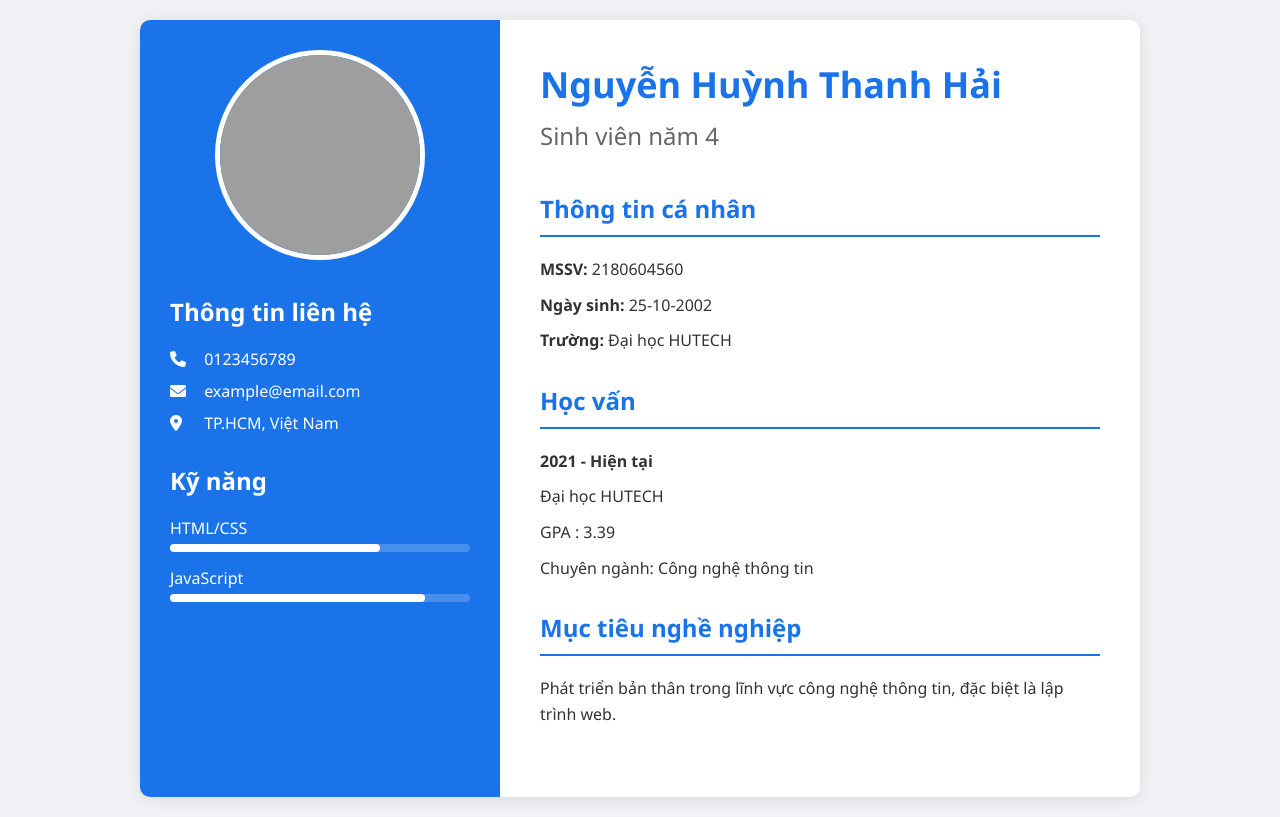
Repository: Haimichi/haimichi.github.io
Page: index.html
The author's editor kept a copy of each file at every save. The page is drawn from the files as they stood at one save, then again after the next save.
The browser window is 1280 px wide. The pictures show the whole page.
Pictures or frames that could not be fetched are drawn as grey boxes.

Above is the page before, as saved 2025-03-04 10:27:58.

### index.html
<!DOCTYPE html>
<html lang="en">
<head>
    <meta charset="UTF-8">
    <meta name="viewport" content="width=device-width, initial-scale=1.0">
    <title>CV - Nguyễn Huỳnh Thanh Hải</title>
    <link rel="stylesheet" href="style.css">
    <link rel="stylesheet" href="https://cdnjs.cloudflare.com/ajax/libs/font-awesome/6.0.0/css/all.min.css">
</head>
<body>
    <div class="container">
        <div class="cv-container">
            <div class="left-column">
                <div class="profile-image">
                    <img src="avatar.jpg" alt="Profile Picture">
                </div>
                <div class="contact-info">
                    <h2>Thông tin liên hệ</h2>
                    <p><i class="fas fa-phone"></i> 0123456789</p>
                    <p><i class="fas fa-envelope"></i> example@email.com</p>
                    <p><i class="fas fa-map-marker-alt"></i> TP.HCM, Việt Nam</p>
                </div>
                <div class="skills">
                    <h2>Kỹ năng</h2>
                    <div class="skill-item">
                        <span>HTML/CSS</span>
                        <div class="skill-level">
                            <div class="skill-bar" style="width: 70%"></div>
                        </div>
                    </div>
                    <div class="skill-item">
                        <span>JavaScript</span>
                        <div class="skill-level">
                            <div class="skill-bar" style="width: 85%"></div>
                        </div>
                    </div>
                </div>
            </div>
            <div class="right-column">
                <div class="header">
                    <h1>Nguyễn Huỳnh Thanh Hải</h1>
                    <h2>Sinh viên năm 4</h2>
                </div>
                <div class="section">
                    <h2>Thông tin cá nhân</h2>
                    <p><strong>MSSV:</strong> 2180604560</p>
                    <p><strong>Ngày sinh:</strong> 25-10-2002</p>
                    <p><strong>Trường:</strong> Đại học HUTECH</p>
                </div>
                <div class="section">
                    <h2>Học vấn</h2>
                    <p><strong>2021 - Hiện tại</strong></p>
                    <p>Đại học HUTECH</p>
                    <p>GPA : 3.39</p>
                    <p>Chuyên ngành: Công nghệ thông tin</p>
                </div>
                <div class="section">
                    <h2>Mục tiêu nghề nghiệp</h2>
                    <p>Phát triển bản thân trong lĩnh vực công nghệ thông tin, đặc biệt là lập trình web.</p>
                </div>
            </div>
        </div>
    </div>
</body>
</html>

### style.css
body {
    margin: 0;
    padding: 0;
    font-family: 'Segoe UI', Tahoma, Geneva, Verdana, sans-serif;
    background-color: #f0f2f5;
    display: flex;
    justify-content: center;
    align-items: center;
    min-height: 100vh;
}

.container {
    width: 100%;
    max-width: 1000px;
    padding: 20px;
}

.cv-container {
    display: flex;
    background-color: white;
    border-radius: 10px;
    box-shadow: 0 2px 15px rgba(0, 0, 0, 0.1);
    overflow: hidden;
}

.left-column {
    width: 300px;
    background-color: #1a73e8;
    color: white;
    padding: 30px;
}

.right-column {
    flex: 1;
    padding: 40px;
}

.profile-image {
    text-align: center;
    margin-bottom: 30px;
}

.profile-image img {
    width: 200px;
    height: 200px;
    border-radius: 50%;
    border: 5px solid white;
}

.contact-info {
    margin-bottom: 30px;
}

.contact-info p {
    margin: 10px 0;
}

.contact-info i {
    margin-right: 10px;
    width: 20px;
}

.skills {
    margin-bottom: 30px;
}

.skill-item {
    margin: 15px 0;
}

.skill-level {
    width: 100%;
    height: 8px;
    background-color: rgba(255, 255, 255, 0.2);
    border-radius: 4px;
    margin-top: 5px;
}

.skill-bar {
    height: 100%;
    background-color: white;
    border-radius: 4px;
}

.header {
    margin-bottom: 40px;
}

.header h1 {
    color: #1a73e8;
    margin: 0 0 10px 0;
    font-size: 36px;
}

.header h2 {
    color: #666;
    margin: 0;
    font-weight: normal;
}

.section {
    margin-bottom: 30px;
}

.section h2 {
    color: #1a73e8;
    border-bottom: 2px solid #1a73e8;
    padding-bottom: 10px;
    margin-bottom: 20px;
}

.section p {
    margin: 10px 0;
    line-height: 1.6;
    color: #333;
}

@media (max-width: 768px) {
    .cv-container {
        flex-direction: column;
    }

    .left-column {
        width: auto;
    }

    .profile-image img {
        width: 150px;
        height: 150px;
    }
}

After the next save:
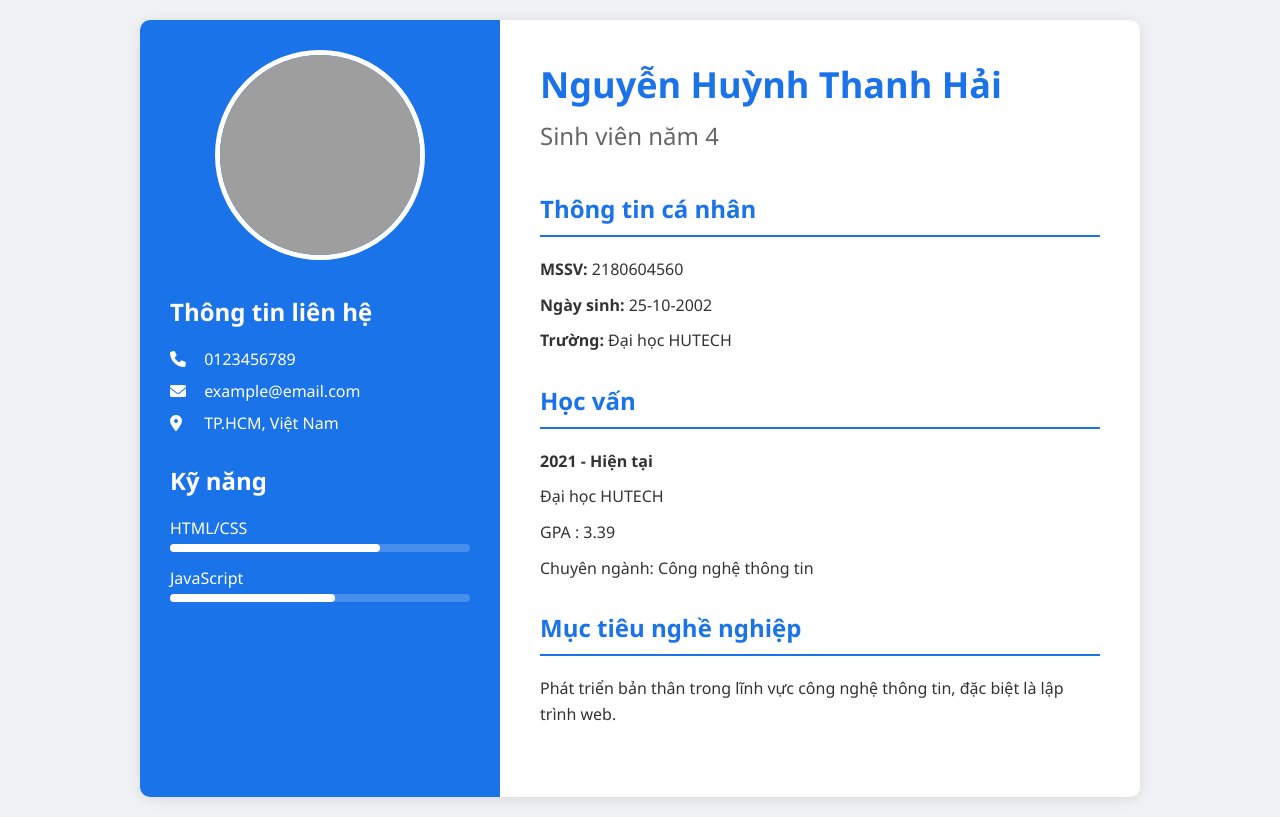
Saved 7 s later.
--- a/index.html
+++ b/index.html
@@ -31,7 +31,7 @@
                     <div class="skill-item">
                         <span>JavaScript</span>
                         <div class="skill-level">
-                            <div class="skill-bar" style="width: 85%"></div>
+                            <div class="skill-bar" style="width: 55%"></div>
                         </div>
                     </div>
                 </div>
